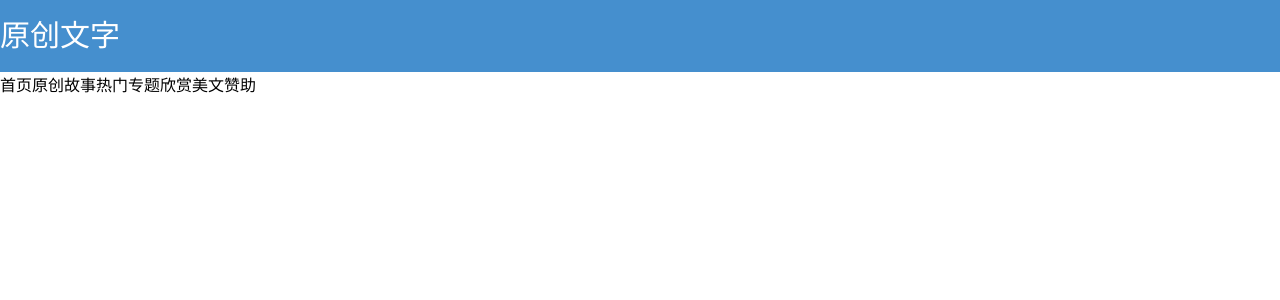
Repository: equation-zheng/Article
Page: http://localhost/Idles/
These files come from the project's save history. The page is drawn as it stood at one moment and after the next save; the edit follows.
The browser window is 1280 px wide. The pictures show the whole page.
The page is served by Tomcat 9. Other server files are loaded and not shown.

Above is the page before, as saved 2017-12-05 09:00:17.

### Service/apache-tomcat-7.0.82/Idles/WebContent/index.jsp
<?xml version="1.0" encoding="UTF-8" ?>
<%@ page language="java" contentType="text/html; charset=UTF-8"
    pageEncoding="UTF-8"%>
<!DOCTYPE html PUBLIC "-//W3C//DTD XHTML 1.0 Transitional//EN" "http://www.w3.org/TR/xhtml1/DTD/xhtml1-transitional.dtd">
<html xmlns="http://www.w3.org/1999/xhtml">
<head>
<meta http-equiv="Content-Type" content="text/html; charset=UTF-8" />
<title>首页</title>
</head>
<style>
	* {
		margin: 0;
		padding: 0;
		font-family: "微软雅黑";
	}
	ul li {
		list-style: none;
	}
	.header {
		height: 72px;
		background: #458fce;
	}
	.header .logo {
		color: #fff;
		line-height: 72px;
		font-size: 30px;
		maring-left: 40px;
		display: inline-block;
		font-weight: 500;
	}
	.header ul .first {
		marging-left: 30px;

	}
	.header ul li {
		float: left;
	}

</style>
<body>
	<div class="header">
	<div class='logo'>原创文字</div>
		<ul>
			<li class='first'>首页</li>
			<li>原创故事</li>
			<li>热门专题</li>
			<li>欣赏美文</li>
			<li>赞助</li>
		</ul>
	</div>
</body>
</html>

After the next save:
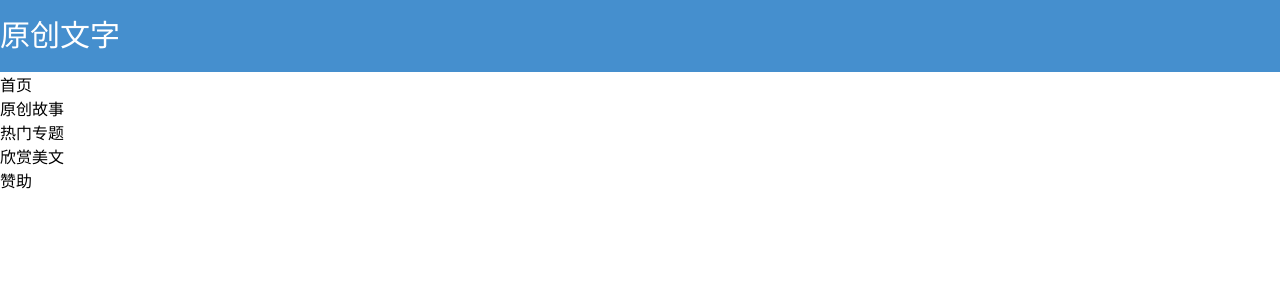
Saved 83 s later.
--- a/Service/apache-tomcat-7.0.82/Idles/WebContent/index.jsp
+++ b/Service/apache-tomcat-7.0.82/Idles/WebContent/index.jsp
@@ -33,7 +33,7 @@
 
 	}
 	.header ul li {
-		float: left;
+		//float: left;
 	}
 
 </style>

After the save that followed:
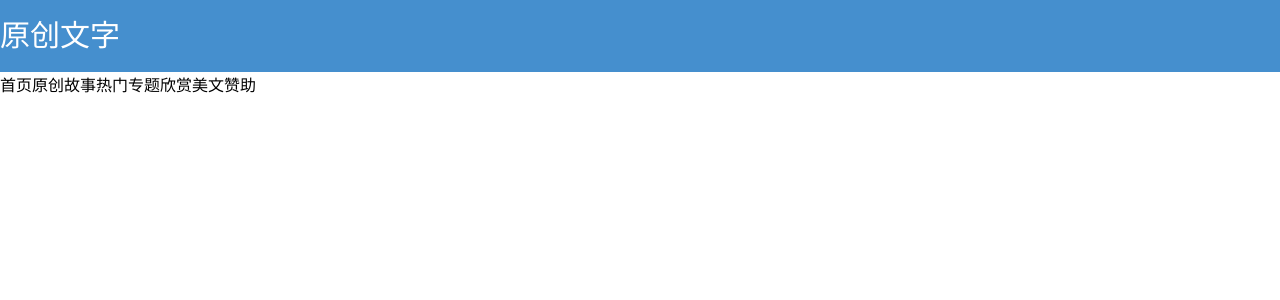
Saved 10 s later.
--- a/Service/apache-tomcat-7.0.82/Idles/WebContent/index.jsp
+++ b/Service/apache-tomcat-7.0.82/Idles/WebContent/index.jsp
@@ -33,7 +33,7 @@
 
 	}
 	.header ul li {
-		//float: left;
+		float: left;
 	}
 
 </style>
